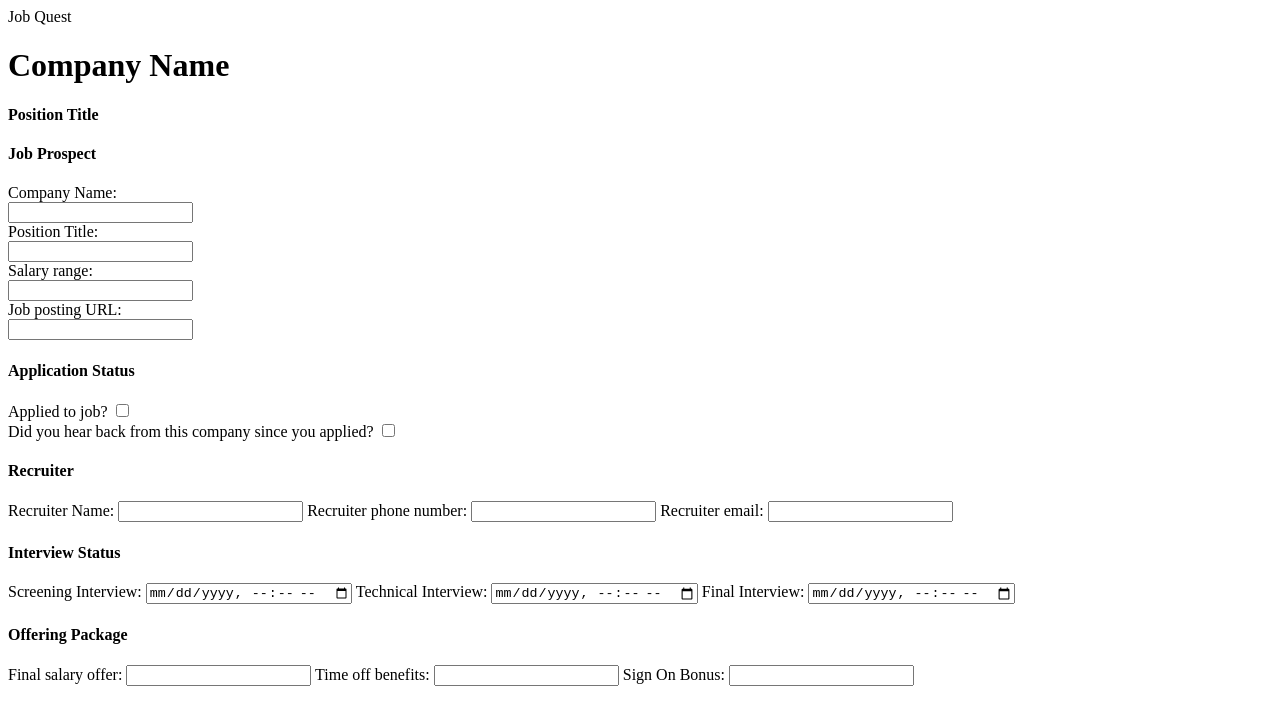
Repository: AllSystemsRGeorge/Job-Quest
Page: utils/mainPageHelper.html
These files come from the project's save history. The page is drawn as it stood at one moment and after the next save; the edit follows.
The browser window is 1280 px wide. The pictures show the whole page.

Above is the page before, as saved 2022-08-04 17:45:03.

After the next save:
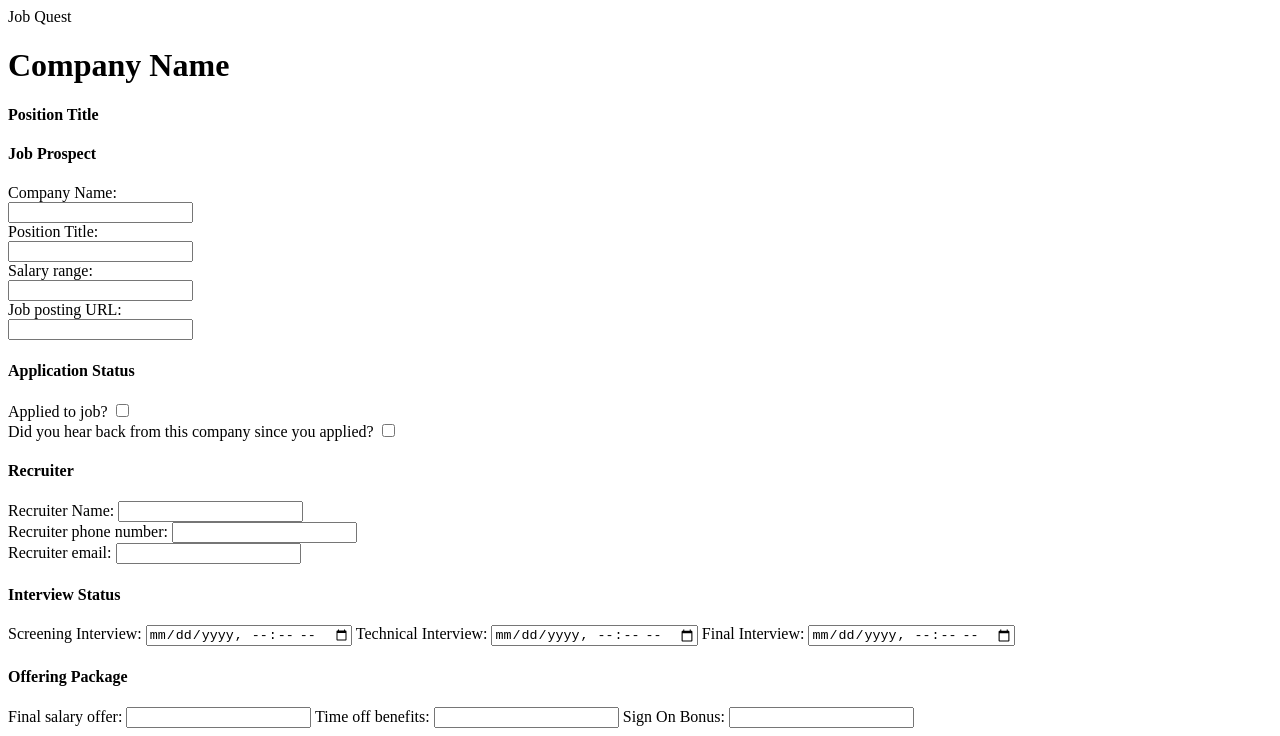
Saved 26 s later.
--- a/utils/mainPageHelper.html
+++ b/utils/mainPageHelper.html
@@ -36,9 +36,9 @@
         <!-- recruiter contact info -->
         <h4>Recruiter</h4>
         <label for="recName">Recruiter Name:</label>
-        <input type="text" name="recName">
+        <input type="text" name="recName"><br>
         <label for="recPhoneNum">Recruiter phone number:</label>
-        <input type="tel" name="recPhoneNum">
+        <input type="tel" name="recPhoneNum"><br>
         <label for="recEmail">Recruiter email:</label>
         <input type="email" name="recEmail">
 
